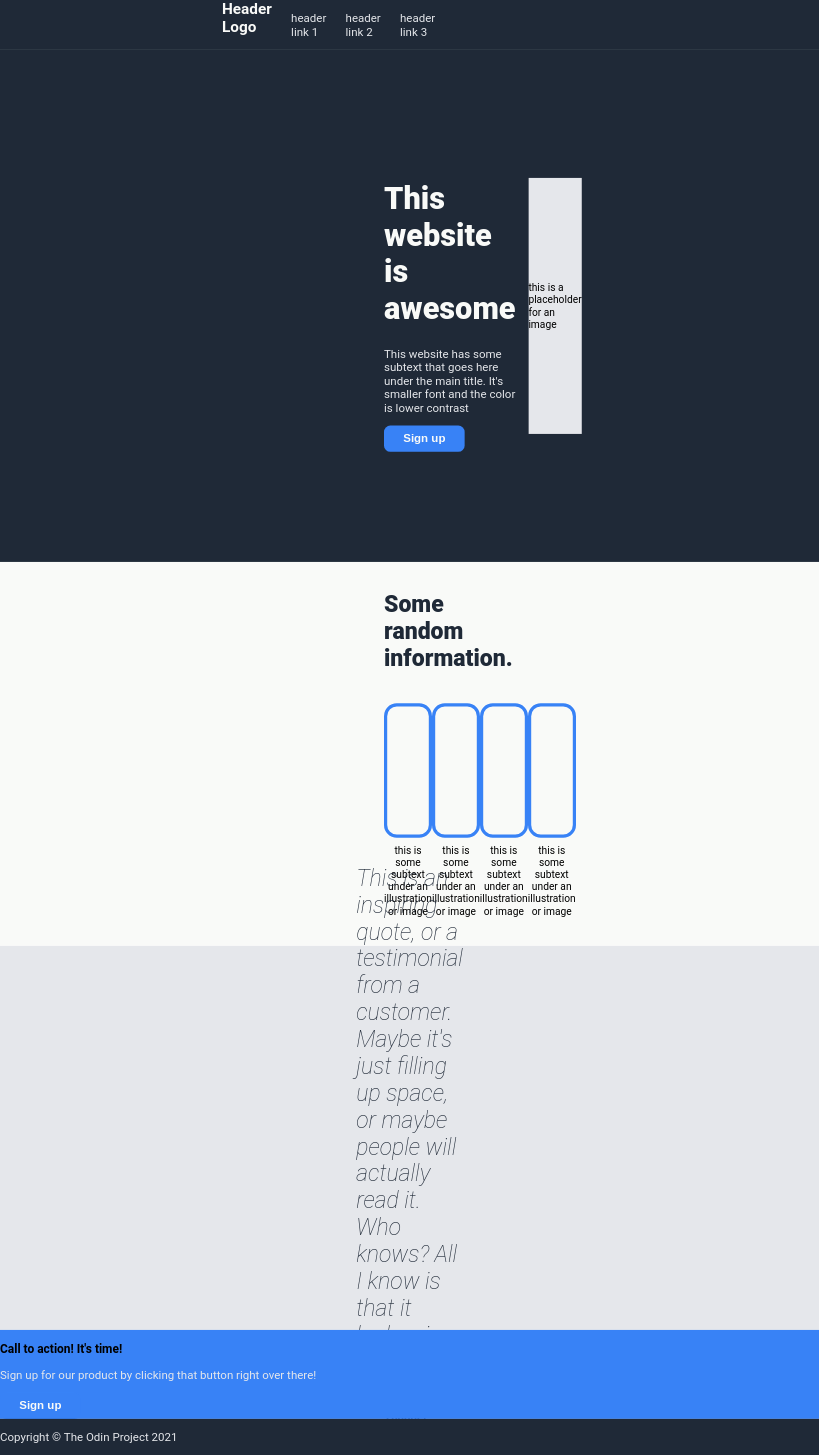
Repository: rsoetydev/landing-page
Page: index.html
An editor plug-in stored every save of this project. The page is shown before and after the next save, followed by the edit.
The browser window is 1280 px wide. The pictures show the whole page, at 64% of full size.

Above is the page before, as saved 2023-11-28 10:37:08.

After the next save:
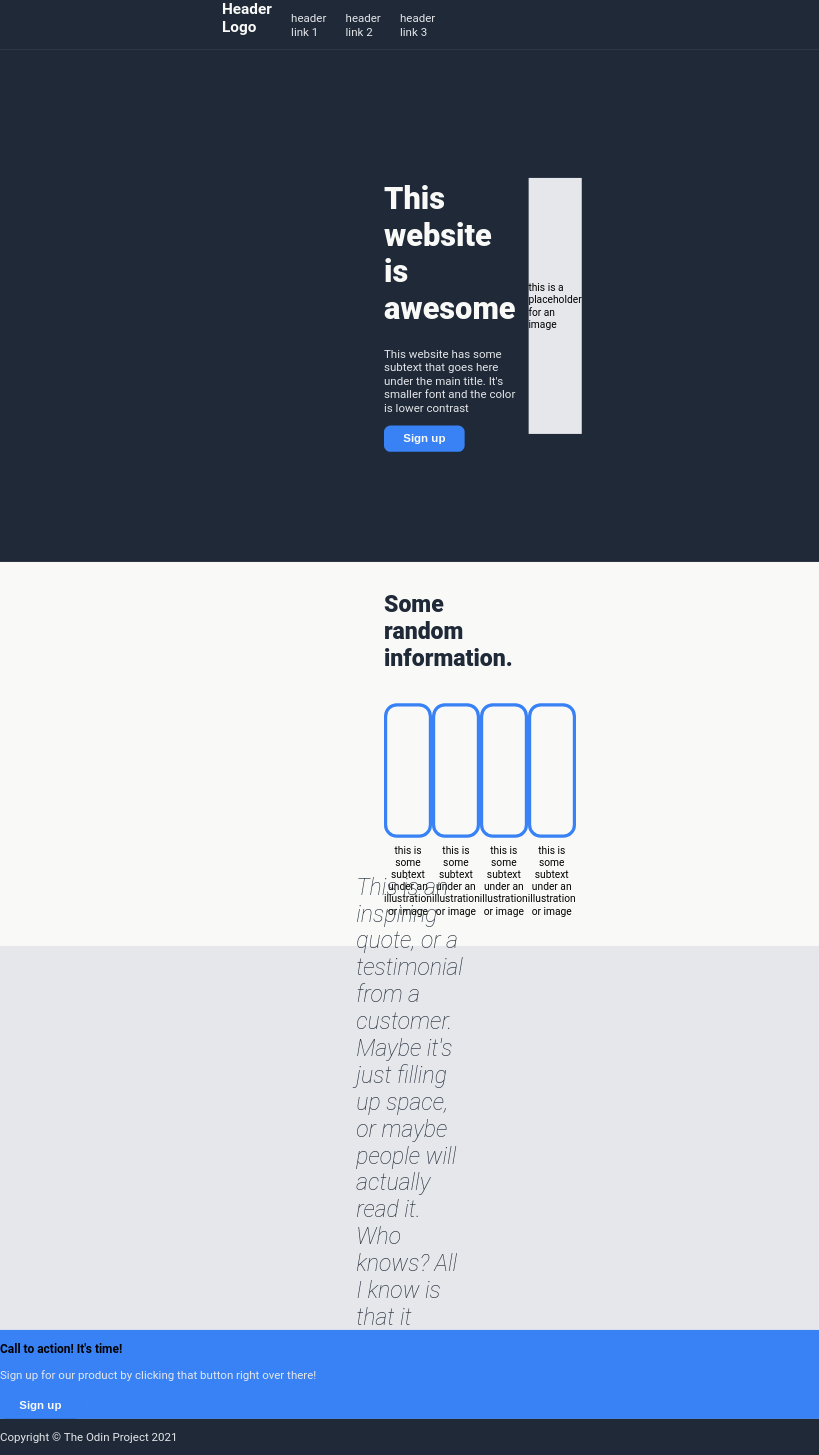
Saved 30 s later.
--- a/style.css
+++ b/style.css
@@ -142,6 +142,7 @@ button{
 .quote-author{
     color:var(--dark);
     font-weight: 600;
+    font-size: 16px;
 }
 
 .c2a{
